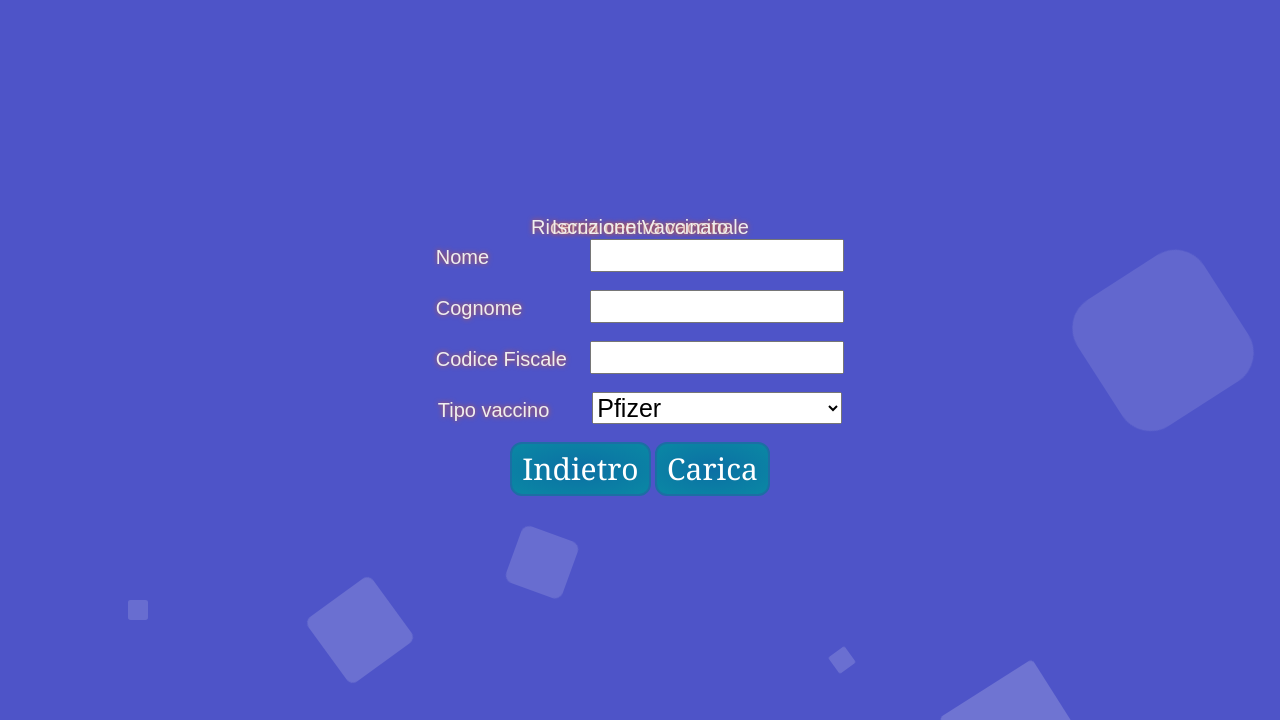
Repository: Jok98/CentriVaccinaliWebApp
Page: http://localhost/CentriVaccinaliOperatori/iscrizionevaccinato.jsp
These files come from the project's save history. The page is drawn as it stood at one moment and after the next save; the edit follows.
The browser window is 1280 px wide. The pictures show the whole page.
Some web fonts or font styles are not loaded; a fallback is used. The page is served by Tomcat 9.

Above is the page before, as saved 2022-09-24 17:42:59.

After the next save:
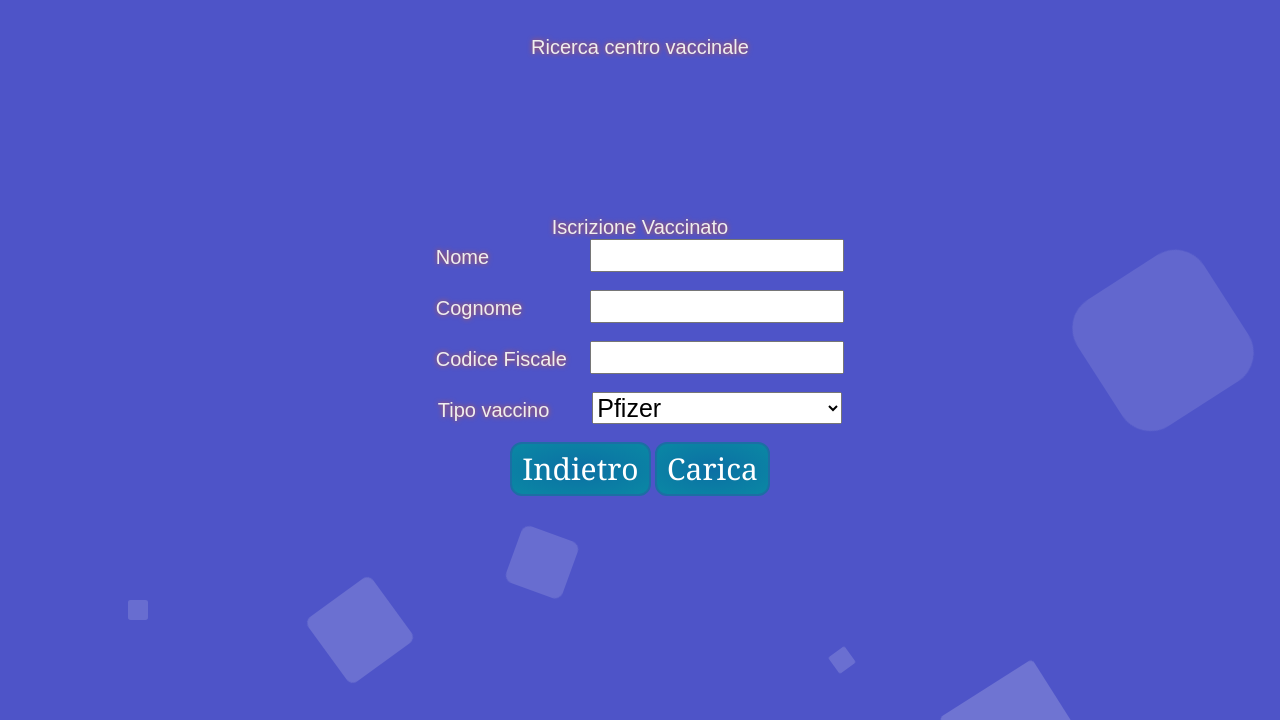
Saved 82 s later.
--- a/CentriVaccinaliOperatori/src/main/webapp/iscrizionevaccinato.jsp
+++ b/CentriVaccinaliOperatori/src/main/webapp/iscrizionevaccinato.jsp
@@ -23,11 +23,9 @@
 			<li></li>
 		</ul>
 	</div>
-		<div class="context" align="center" >
+		<div class="reserch" align="center" >
 		<form action="" >
 		<a class="text">Ricerca centro vaccinale</a>
-		<br>
-		<br>
 		<br>
 	</form>
 	</div>
--- a/CentriVaccinaliOperatori/src/main/webapp/css/background.css
+++ b/CentriVaccinaliOperatori/src/main/webapp/css/background.css
@@ -9,6 +9,12 @@
 html{
     font-family: 'Exo', sans-serif;
 
+}
+
+.reserch{
+	width: 100%;
+    position: absolute;
+    top:5vh;
 }
 
 
